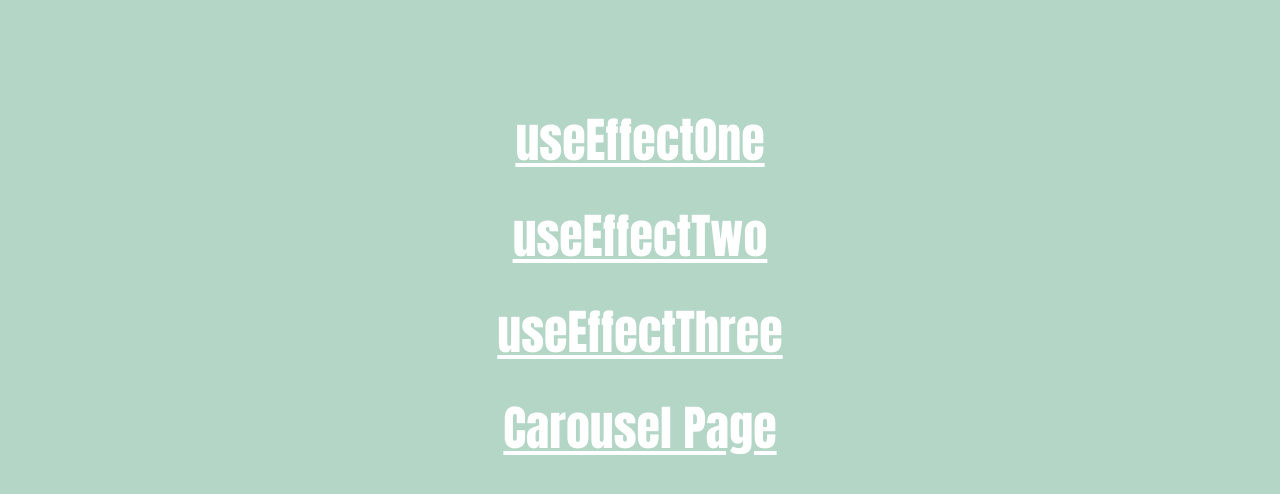
Repository: jennydmcm/useeffect-carousel
Page: /
These files come from the project's save history. The page is drawn as it stood at one moment and after the next save; the edit follows.
The browser window is 1280 px wide. The pictures show the whole page.
The project was rebuilt for these pictures with package versions that can differ from the ones it lists, and the page was loaded fresh each time. The framework's server and built-in components were replaced by stand-ins that run in the browser. Also part of the build but not shown: next.config.js.

Above is the page before, as saved 2023-02-23 18:50:57.

### pages/index.js
import Head from 'next/head'
import styles from '@/styles/Home.module.css'
import Link from 'next/link'

export default function Home() {
  return (
    <>
      <Head>
        <title>Create Next App</title>
        <meta name="description" content="Generated by create next app" />
        <meta name="viewport" content="width=device-width, initial-scale=1" />
        <link rel="icon" href="/favicon.ico" />
      </Head>
      <main className={styles.main}>
        <Link className={styles.link} href="/useEffectOne">useEffectOne</Link>
        <Link className={styles.link} href="/useEffectTwo">useEffectTwo</Link>
        <Link className={styles.link} href="/useEffectThree">useEffectThree</Link>
        <Link className={styles.link} href="/carouselPage">Carousel Page</Link>
      </main>
    </>
  )
}

### styles/globals.css
:root {
    --background-color: #B4D6C7;
    --text-hover: #636363;
}

body {
    background-color: var(--background-color);
}

### styles/Home.module.css
.main {
  display: flex;
  flex-direction: column;
  justify-content: space-between;
  align-items: center;
  padding: 6rem;
  min-height: 50vh;
}

.link {
  font-family: Impact, Haettenschweiler, 'Arial Narrow Bold', sans-serif;
  font-size: 3rem;
  font-weight: lighter;
  color: white;
}

.link:hover {
  color: var(--text-hover)
}

Loaded but not shown: pages/_app.js (common file); pages/_document.js (common file)

After the next save:
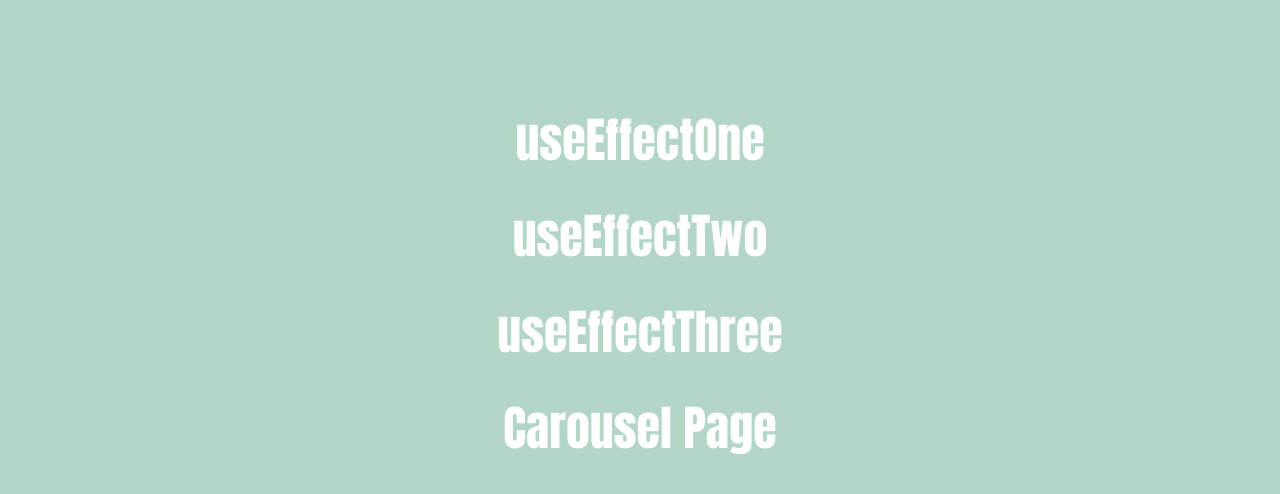
Saved 7 s later.
--- a/styles/Home.module.css
+++ b/styles/Home.module.css
@@ -12,6 +12,7 @@
   font-size: 3rem;
   font-weight: lighter;
   color: white;
+  text-decoration: none;
 }
 
 .link:hover {
